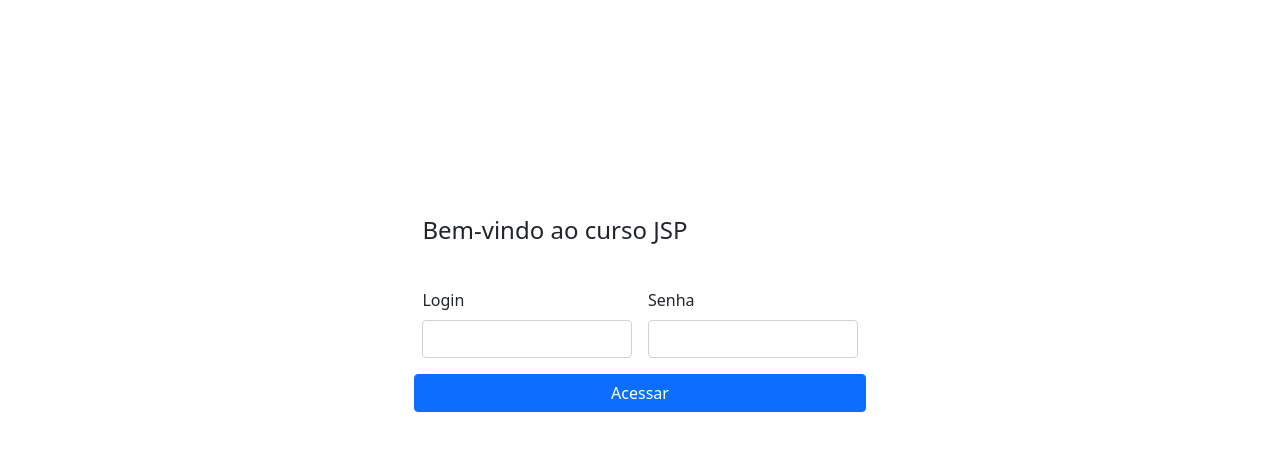
Repository: wdnzs/EstudoJSP
Page: http://localhost/curso-jsp/
An editor plug-in stored every save of this project. The page is shown before and after the next save, followed by the edit.
The browser window is 1280 px wide. The pictures show the whole page.
The page is served by Tomcat 9.

Above is the page before, as saved 2021-09-07 03:34:14.

After the next save:
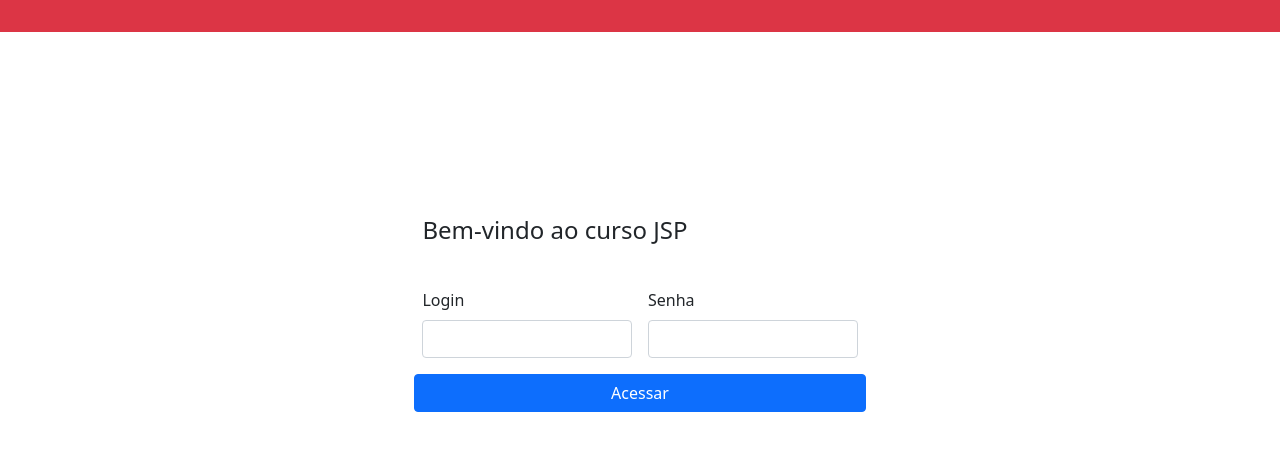
Saved 4 min 12 s later.
--- a/curso-jsp/src/main/webapp/index.jsp
+++ b/curso-jsp/src/main/webapp/index.jsp
@@ -66,7 +66,9 @@ h4 {
 
 	</form>
 
-	<h4 class="msg">${msg}</h4>
+	<div class="p-3 mb-2 bg-danger text-white">${msg}</div>
+
+
 
 	<script
 		src="https://cdn.jsdelivr.net/npm/bootstrap@5.0.2/dist/js/bootstrap.bundle.min.js"
